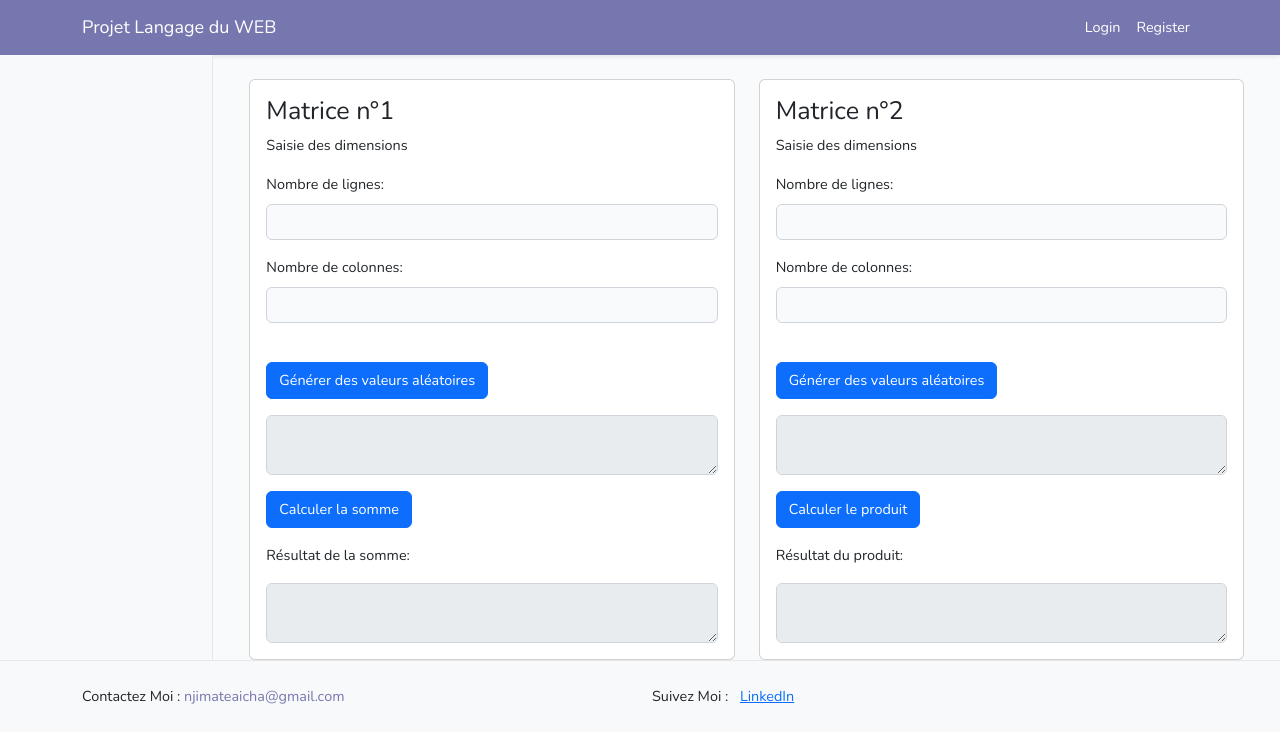
Repository: NjimateAicha/LaravelWeb
Page: http://localhost/matrice
An editor plug-in stored every save of this project. The page is shown before and after the next save, followed by the edit.
The browser window is 1280 px wide. The pictures show the whole page.
Some web libraries are served in a nearby version. The page is served by the project's Laravel application, run on PHP 8.4 with Laravel 9. Other server files are loaded and not shown. Style sheets and scripts are compiled from the project's sources, by tool versions that may differ from the author's.

Above is the page before, as saved 2024-05-19 17:30:15.

### routes/web.php
<?php

use App\Http\Controllers\AproposDeMoiController;
use App\Http\Controllers\ChartsController;
use App\Http\Controllers\EtudiantController;
use App\Http\Controllers\formulairesController;
use App\Http\Controllers\ImageController;
use App\Http\Controllers\JsController;
use App\Http\Controllers\MapController;
use App\Http\Controllers\MatriceController;
use App\Http\Controllers\PhpController;
use App\Http\Controllers\ProjetController;
use App\Http\Controllers\QuizController;
use Illuminate\Support\Facades\Auth;
use Illuminate\Support\Facades\Route;

/*
|--------------------------------------------------------------------------
| Web Routes
|--------------------------------------------------------------------------
|
| Here is where you can register web routes for your application. These
| routes are loaded by the RouteServiceProvider within a group which
| contains the "web" middleware group. Now create something great!
|
*/

Route::get('/', function () {
    return view('auth.login');
});


Auth::routes();

Route::get('/home', [App\Http\Controllers\HomeController::class, 'index'])->name('home');

Route::get('/projets', [ProjetController::class, 'index'])->name('projets.index');
Route::get('/aproposDeMoi', [AproposDeMoiController::class, 'index'])->name('aProposDeMoi.index');


/* CRUD Student */
Route::resource('/etudiant' ,EtudiantController::class );
/* CRUD image */
Route::resource('/image' ,ImageController::class );
/* CRUD Maps */
Route::resource('/map' ,MapController::class );
/* CRUD Charts */
Route::resource('/charts' ,ChartsController::class );
/* Matrice */
Route::resource('/matrice' ,MatriceController::class );
/* quiz */
Route::resource('/Quiz' ,QuizController::class );
Route::get('/quiz/javascript', [QuizController::class, 'javascriptQuiz'])->name('quiz.javascript');
Route::post('/quiz/calculateJS', [QuizController::class, 'calculateScoreJS'])->name('quiz.calculateJS');
Route::get('/quiz/php', [QuizController::class, 'phpQuiz'])->name('quiz.php');
Route::post('/quiz/calculatePHP', [QuizController::class, 'calculateScorePHP'])->name('quiz.calculatePHP');

### app/Http/Controllers/MatriceController.php
<?php

namespace App\Http\Controllers;

use App\Models\matrice;
use Illuminate\Http\Request;

class MatriceController extends Controller
{
    /**
     * Display a listing of the resource.
     *
     * @return \Illuminate\Http\Response
     */
    public function index()
    {
        return view('matrice.index');
    }


}

### resources/views/matrice/index.blade.php
@extends('layouts.app')
@section('content')

<div class="container mt-4">
    <div class="row">
        <div class="col-md-6">
            <div class="card">
                <div class="card-body">
                    <h3 class="card-title">Matrice n°1</h3>
                    <p class="card-text">Saisie des dimensions</p>
                    <div class="form-group">
                        <label for="rows">Nombre de lignes:</label>
                        <input type="number" class="form-control" id="rows">
                    </div>
                    <div class="form-group">
                        <label for="cols">Nombre de colonnes:</label>
                        <input type="number" class="form-control" id="cols">
                    </div>
                    <br>
                    <button class="btn btn-primary" onclick="generateMatrix('matrix1')">Générer des valeurs aléatoires</button>
                    <textarea class="form-control mt-3" id="matrix1" readonly></textarea>
                    <button class="btn btn-primary mt-3" onclick="calculateSum('matrix1')">Calculer la somme</button>
                    <div class="result mt-3">
                        <p>Résultat de la somme:</p>
                        <textarea class="form-control" id="sum1Result" readonly></textarea>
                    </div>
                </div>
            </div>
        </div>
        <div class="col-md-6">
            <div class="card">
                <div class="card-body">
                    <h3 class="card-title">Matrice n°2</h3>
                    <p class="card-text">Saisie des dimensions</p>
                    <div class="form-group">
                        <label for="rows2">Nombre de lignes:</label>
                        <input type="number" class="form-control" id="rows2">
                    </div>
                    <div class="form-group">
                        <label for="cols2">Nombre de colonnes:</label>
                        <input type="number" class="form-control" id="cols2">
                    </div>
                    <br>
                    <button class="btn btn-primary" onclick="generateMatrix('matrix2')">Générer des valeurs aléatoires</button>

                    <textarea class="form-control mt-3" id="matrix2" readonly></textarea>
                    <button class="btn btn-primary mt-3" onclick="calculateProduct('matrix2')">Calculer le produit</button>
                    <div class="result mt-3">
                        <p>Résultat du produit:</p>
                        <textarea class="form-control" id="productResult" readonly></textarea>
                    </div>
                </div>
            </div>
        </div>
    </div>
</div>

<script>
    function generateMatrix(targetId) {
        var rowsInput = document.getElementById(targetId === 'matrix1' ? 'rows' : 'rows2');
        var colsInput = document.getElementById(targetId === 'matrix1' ? 'cols' : 'cols2');
        var rows = parseInt(rowsInput.value);
        var cols = parseInt(colsInput.value);
        var matrix = [];
        for (var i = 0; i < rows; i++) {
            matrix[i] = [];
            for (var j = 0; j < cols; j++) {
                matrix[i][j] = Math.floor(Math.random() * 10); // Valeurs aléatoires entre 0 et 9
            }
        }
        document.getElementById(targetId).value = matrixToString(matrix);
    }

    function matrixToString(matrix) {
        return matrix.map(row => row.join('\t')).join('\n');
    }

function calculateProduct(targetId) {
    var matrix1 = document.getElementById('matrix1').value.split('\n').map(row => row.split('\t').map(Number));
    var matrix2 = document.getElementById('matrix2').value.split('\n').map(row => row.split('\t').map(Number));
    var result = multiplyMatrices(matrix1, matrix2);
    document.getElementById('productResult').textContent = matrixToString(result);
}

function multiplyMatrices(matrix1, matrix2) {
    var result = [];
    var rowsA = matrix1.length;
    var colsA = matrix1[0].length;
    var rowsB = matrix2.length;
    var colsB = matrix2[0].length;

    if (colsA !== rowsB) {
        console.error("Nombre de colonnes de la première matrice doit correspondre au nombre de lignes de la deuxième matrice.");
        return;
    }

    for (var i = 0; i < rowsA; i++) {
        result[i] = [];
        for (var j = 0; j < colsB; j++) {
            var sum = 0;
            for (var k = 0; k < colsA; k++) {
                sum += matrix1[i][k] * matrix2[k][j];
            }
            result[i][j] = sum;
        }
    }
    return result;
}
function calculateSum(targetId) {
    var matrix1 = document.getElementById('matrix1').value.split('\n').map(row => row.split('\t').map(Number));
    var matrix2 = document.getElementById('matrix2').value.split('\n').map(row => row.split('\t').map(Number));

    // Vérifier que les dimensions des matrices sont compatibles
    if (matrix1.length !== matrix2.length || matrix1[0].length !== matrix2[0].length) {
        console.error("Les dimensions des matrices ne sont pas compatibles pour la somme.");
        return;
    }

    var result = [];

    for (var i = 0; i < matrix1.length; i++) {
        result[i] = [];
        for (var j = 0; j < matrix1[0].length; j++) {
            result[i][j] = matrix1[i][j] + matrix2[i][j];
        }
    }

    // Mettre à jour l'élément HTML avec le résultat de la somme
    document.getElementById('sum1Result').textContent = matrixToString(result);
}

</script>


@endsection

### resources/views/layouts/app.blade.php
<!doctype html>
<html lang="{{ str_replace('_', '-', app()->getLocale()) }}">

<head>
    <meta charset="utf-8">
    <meta name="viewport" content="width=device-width, initial-scale=1">

    <!-- CSRF Token -->
    <meta name="csrf-token" content="{{ csrf_token() }}">

    <title>{{ config('app.name', 'Aicha\'s Portfolio') }}</title>

    <!-- Fonts -->
    <link rel="dns-prefetch" href="//fonts.bunny.net">
    <link href="https://fonts.bunny.net/css?family=Nunito" rel="stylesheet">

    <!-- Styles -->
    <link rel="stylesheet" href="https://maxcdn.bootstrapcdn.com/bootstrap/4.5.2/css/bootstrap.min.css">
    <style>

        body {
            font-family: 'Nunito', sans-serif;
        }
        .navbar {
            background-color: #7777af;
        }
        .navbar-brand, .navbar-nav .nav-link {
            color: white !important;
        }
        .sidebar {
            background-color: #f8f9fa;
            border-right: 1px solid #e7e7e7;
        }
        .sidebar .nav-link {
            color: #7777af;
        }
        .sidebar .nav-link:hover {
            color: #7777af;
        }
        .font-weight-bold {
            font-weight: bold !important;
        }
        footer {
            background-color: #f8f9fa;
            border-top: 1px solid #e7e7e7;
            padding: 10px 0;
        }
        footer p {
            margin: 0;
        }
    </style>
    <!-- Scripts -->
    @vite(['resources/sass/app.scss', 'resources/js/app.js'])
</head>

<body>
    <div id="app">
        <nav class="navbar navbar-expand-md navbar-light shadow-sm">
            <div class="container">
                <a class="navbar-brand" href="{{ url('/') }}">
                    Projet Langage du WEB
                </a>
                <button class="navbar-toggler" type="button" data-toggle="collapse" data-target="#navbarSupportedContent" aria-controls="navbarSupportedContent" aria-expanded="false" aria-label="{{ __('Toggle navigation') }}">
                    <span class="navbar-toggler-icon"></span>
                </button>

                <div class="collapse navbar-collapse" id="navbarSupportedContent">
                    <!-- Left Side Of Navbar -->
                    <ul class="navbar-nav me-auto"></ul>

                    <!-- Right Side Of Navbar -->
                    <ul class="navbar-nav ms-auto">
                        <!-- Authentication Links -->
                        @guest
                            @if (Route::has('login'))
                                <li class="nav-item">
                                    <a class="nav-link" href="{{ route('login') }}">{{ __('Login') }}</a>
                                </li>
                            @endif

                            @if (Route::has('register'))
                                <li class="nav-item">
                                    <a class="nav-link" href="{{ route('register') }}">{{ __('Register') }}</a>
                                </li>
                            @endif
                        @else
                            <li class="nav-item dropdown">
                                <a id="navbarDropdown" class="nav-link dropdown-toggle" href="#" role="button" data-toggle="dropdown" aria-haspopup="true" aria-expanded="false" v-pre>
                                    {{ Auth::user()->name }}
                                </a>

                                <div class="dropdown-menu dropdown-menu-right" aria-labelledby="navbarDropdown">
                                    <a class="dropdown-item" href="{{ route('logout') }}"
                                       onclick="event.preventDefault();
                                                     document.getElementById('logout-form').submit();">
                                        {{ __('Logout') }}
                                    </a>

                                    <form id="logout-form" action="{{ route('logout') }}" method="POST" class="d-none">
                                        @csrf
                                    </form>
                                </div>
                            </li>
                        @endguest
                    </ul>
                </div>
            </div>
        </nav>

        <div class="container-fluid">
            <div class="row">
                <nav class="col-md-2 d-none d-md-block sidebar">
                    <div class="position-sticky pt-3" style="height: 400px">
                        <ul class="nav flex-column">
                            @auth
                                <li class="nav-item">
                                    <a class="nav-link active font-weight-bold" aria-current="page" href="{{ route('aProposDeMoi.index') }}">À propos de moi</a>
                                </li>
                                <li class="nav-item">
                                    <a class="nav-link font-weight-bold" href="{{ route('projets.index') }}">Mes Projets</a>
                                </li>
                            @endauth
                        </ul>
                    </div>
                </nav>
                <main class="col-md-9 ms-sm-auto col-lg-10 px-md-4">
                    @yield('content')
                </main>
            </div>
        </div>

        <footer class="bg-light py-4">
            <div class="container">
                <div class="row justify-content-between">
                    <div class="col-md-6">
                        <p class="d-inline">Contactez Moi : <span style="color: #7777af;">njimateaicha@gmail.com</span></p>
                    </div>
                    <div class="col-md-6">
                        <p class="d-inline-block me-2 mb-0">Suivez Moi :</p>
                        <a href="https://www.linkedin.com/" class="text-blue-500 hover:text-7777af-700 d-inline-block" target="_blank">LinkedIn</a>
                    </div>
                </div>
            </div>
        </footer>
    </div>

    <!-- Bootstrap JS and dependencies -->
    <script src="https://code.jquery.com/jquery-3.5.1.slim.min.js"></script>
    <script src="https://cdn.jsdelivr.net/npm/@popperjs/core@2.5.4/dist/umd/popper.min.js"></script>
    <script src="https://maxcdn.bootstrapcdn.com/bootstrap/4.5.2/js/bootstrap.min.js"></script>
</body>

</html>

Loaded but not shown: app/Http/Controllers/Auth/ConfirmPasswordController.php (common file); app/Http/Controllers/Controller.php (common file); resources/sass/app.scss (common file); resources/sass/_variables.scss (common file)

After the next save:
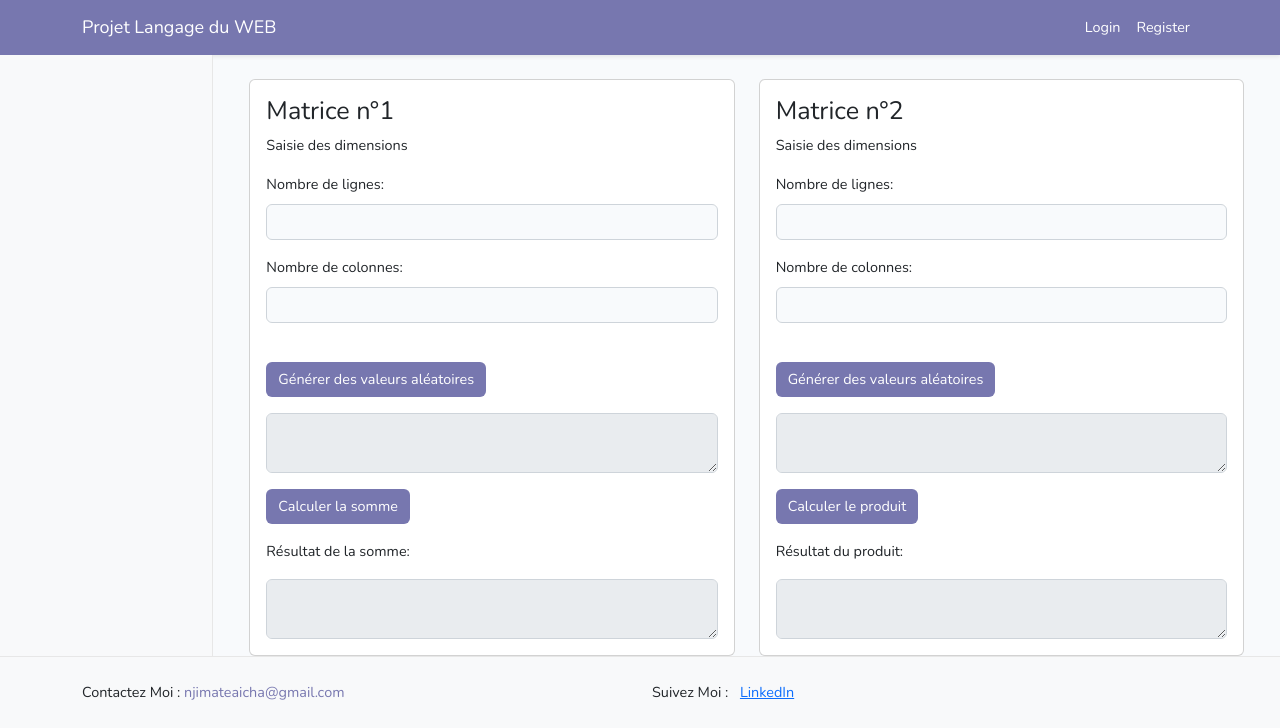
Saved 4 min 52 s later.
--- a/resources/views/matrice/index.blade.php
+++ b/resources/views/matrice/index.blade.php
@@ -17,9 +17,9 @@
                         <input type="number" class="form-control" id="cols">
                     </div>
                     <br>
-                    <button class="btn btn-primary" onclick="generateMatrix('matrix1')">Générer des valeurs aléatoires</button>
+                    <button class="btn custom-btn" onclick="generateMatrix('matrix1')">Générer des valeurs aléatoires</button>
                     <textarea class="form-control mt-3" id="matrix1" readonly></textarea>
-                    <button class="btn btn-primary mt-3" onclick="calculateSum('matrix1')">Calculer la somme</button>
+                    <button class="btn custom-btn mt-3" onclick="calculateSum('matrix1')">Calculer la somme</button>
                     <div class="result mt-3">
                         <p>Résultat de la somme:</p>
                         <textarea class="form-control" id="sum1Result" readonly></textarea>
@@ -41,10 +41,10 @@
                         <input type="number" class="form-control" id="cols2">
                     </div>
                     <br>
-                    <button class="btn btn-primary" onclick="generateMatrix('matrix2')">Générer des valeurs aléatoires</button>
+                    <button class="btn custom-btn" onclick="generateMatrix('matrix2')">Générer des valeurs aléatoires</button>
 
                     <textarea class="form-control mt-3" id="matrix2" readonly></textarea>
-                    <button class="btn btn-primary mt-3" onclick="calculateProduct('matrix2')">Calculer le produit</button>
+                    <button class="btn custom-btn mt-3" onclick="calculateProduct('matrix2')">Calculer le produit</button>
                     <div class="result mt-3">
                         <p>Résultat du produit:</p>
                         <textarea class="form-control" id="productResult" readonly></textarea>
@@ -54,6 +54,18 @@
         </div>
     </div>
 </div>
+
+<style>
+    .custom-btn {
+        color: #fff;
+        background-color: #7777af;
+        border: none;
+    }
+
+    .custom-btn:hover {
+        background-color: #555577;
+    }
+</style>
 
 <script>
     function generateMatrix(targetId) {
